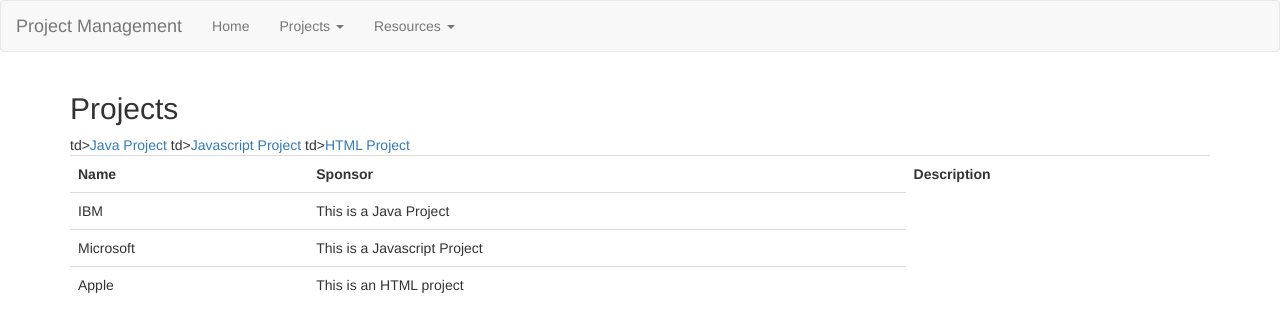
Repository: RenanChagas/Learning-BuildSpringWebApp
Page: http://localhost/course-project/project/find
The author's editor kept a copy of each file at every save. The page is drawn from the files as they stood at one save, then again after the next save.
The browser window is 1280 px wide. The pictures show the whole page.
Some web libraries are served in a nearby version. The page is served by Tomcat 9. Other server files are loaded and not shown. The template is opened directly, without the code that normally fills it, so the values that code supplies are empty.

Above is the page before, as saved 2016-05-22 15:42:33.

### course-project/src/main/webapp/WEB-INF/views/projects.jsp
<%@ page language="java" contentType="text/html; charset=UTF-8"
    pageEncoding="UTF-8"%>
<%@ taglib prefix="spring" uri="http://www.springframework.org/tags" %>
<%@ taglib prefix="c" uri="http://java.sun.com/jsp/jstl/core" %>
<!DOCTYPE html>
<html>
<head>
<meta http-equiv="Content-Type" content="text/html; charset=ISO-8859-1">
<title>Project Manager</title>

	<link rel="stylesheet" href="https://maxcdn.bootstrapcdn.com/bootstrap/3.3.4/css/bootstrap.min.css">
	<link rel="stylesheet" href="<spring:url value="/resources/css/home.css"/>" type="text/css"/>
	<script src="https://ajax.googleapis.com/ajax/libs/jquery/1.11.2/jquery.min.js"></script>
	<script src="https://maxcdn.bootstrapcdn.com/bootstrap/3.3.4/js/bootstrap.min.js"></script>

</head>
<body>

	<jsp:include page="../views/fragments/header.jsp"></jsp:include>

	<div class="container">

		<h2>Projects</h2>
		<table class="table table-hover">
			<tbody>
				<tr>
					<th>Name</th><th>Sponsor</th><th>Description</th>
				</tr>
				<c:forEach items="${projects}" var="project">
					<tr>
						td><a href="<spring:url
							value="/project/${project.projectId}"/>">${project.name}</a></td>
						<td>${project.sponsor}</td>
						<td>${project.description}</td>
					</tr>
				</c:forEach>
			</tbody>
		</table>

	</div>
</body>
</html>

### course-project/src/main/webapp/WEB-INF/views/fragments/header.jsp
<%@ taglib prefix="spring" uri="http://www.springframework.org/tags" %>
<nav class="navbar navbar-default">
		<div class="container-fluid">

			<div class="navbar-header">
      			<a class="navbar-brand" href="#">Project Management</a>
    		</div>

    		<ul class="nav navbar-nav">

    			<li><a href="#">Home</a></li>

    			<li class="dropdown">

          			<a href="#" class="dropdown-toggle"
          				data-toggle="dropdown" role="button"
          				aria-expanded="false">Projects <span class="caret"></span></a>

          			<ul class="dropdown-menu" role="menu">
            			<li><a href="<spring:url value="/project/add"/>">Add</a></li>
            			<li><a href="<spring:url value="/project/find"/>">Find</a></li>
          			</ul>

        		</li>

    			<li class="dropdown">

          			<a href="#" class="dropdown-toggle"
          				data-toggle="dropdown" role="button"
          				aria-expanded="false">Resources <span class="caret"></span></a>

          			<ul class="dropdown-menu" role="menu">
            			<li><a href="#">Add</a></li>
            			<li><a href="#">Find</a></li>
          			</ul>

        		</li>

    		</ul>

		</div>
</nav>

Loaded but not shown: course-project/src/main/webapp/resources/css/home.css (common file)

After the next save:
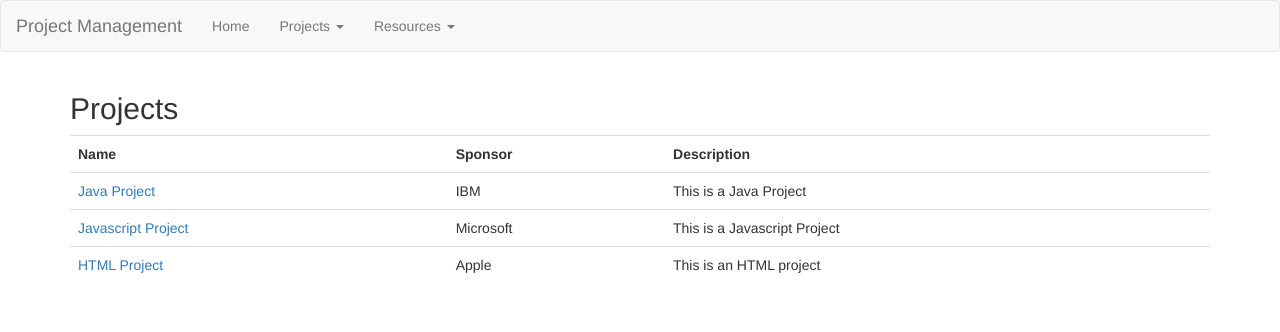
Saved 10 s later.
--- a/course-project/src/main/webapp/WEB-INF/views/projects.jsp
+++ b/course-project/src/main/webapp/WEB-INF/views/projects.jsp
@@ -28,7 +28,7 @@
 				</tr>
 				<c:forEach items="${projects}" var="project">
 					<tr>
-						td><a href="<spring:url
+						<td><a href="<spring:url
 							value="/project/${project.projectId}"/>">${project.name}</a></td>
 						<td>${project.sponsor}</td>
 						<td>${project.description}</td>
